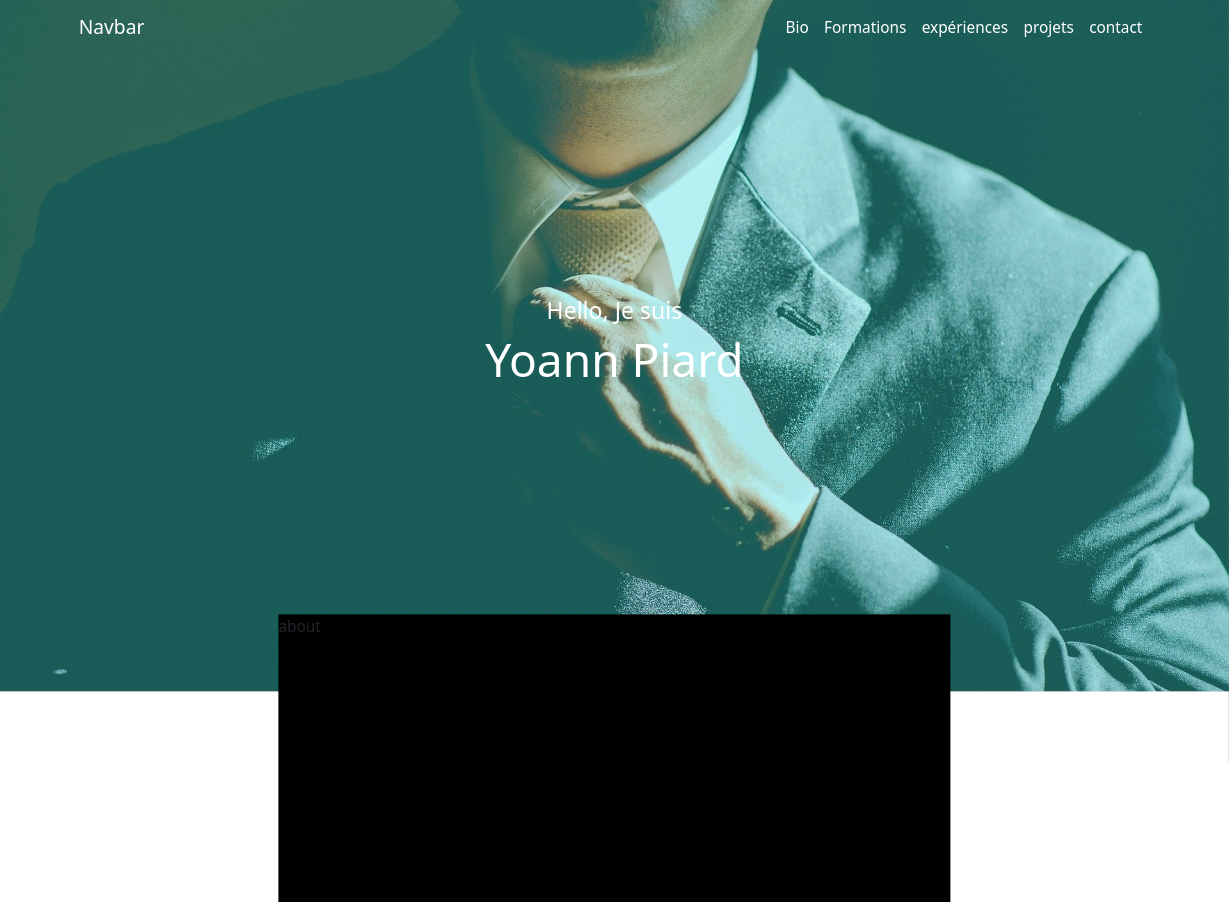
Repository: ypiard85/port-folio-bootstrap-yoann-2021
Page: index.html
An editor plug-in stored every save of this project. The page is shown before and after a run of saves, followed by the edit.
The browser window is 1280 px wide. The pictures show the whole page, at 96% of full size.

Above is the page before, as saved 2021-03-09 12:42:43.

### index.html
<!DOCTYPE html>
<html lang="en">
<head>
    <meta charset="UTF-8">
    <meta http-equiv="X-UA-Compatible" content="IE=edge">
    <meta name="viewport" content="width=device-width, initial-scale=1.0">
    <!-- CSS only -->
    <link rel="stylesheet" href="./resource/style.css">
<link href="https://cdn.jsdelivr.net/npm/bootstrap@5.0.0-beta2/dist/css/bootstrap.min.css" rel="stylesheet" integrity="sha384-BmbxuPwQa2lc/FVzBcNJ7UAyJxM6wuqIj61tLrc4wSX0szH/Ev+nYRRuWlolflfl" crossorigin="anonymous">
    <title>Document</title>
</head>
<body>

        <nav class="navbar position-fixed w-100 navbar-expand-lg navbar-light">
            <div class="container">
              <a class="navbar-brand" href="#">Navbar</a>
              <button class="navbar-toggler" type="button" data-bs-toggle="collapse" data-bs-target="#navbarNav" aria-controls="navbarNav" aria-expanded="false" aria-label="Toggle navigation">
                <span class="navbar-toggler-icon"></span>
              </button>
              <div class="collapse navbar-collapse" id="navbarNav">
                <ul class="navbar-nav">
                  <li class="nav-item">
                    <a class="nav-link active" aria-current="page" href="#bio">Bio</a>
                  </li>
                  <li class="nav-item">
                    <a class="nav-link" href="#formation">Formations</a>
                  </li>
                  <li class="nav-item">
                    <a class="nav-link" href="#experience">expériences</a>
                  </li>
                  <li class="nav-item">
                    <a class="nav-link" href="#projet">projets</a>
                  </li>
                  <li class="nav-item">
                    <a class="nav-link" href="#contact">contact</a>
                  </li>
                </ul>
              </div>
            </div>
          </nav>

          <header class="container-fluid flex-column
          d-flex align-items-center justify-content-center">
              <h4>Hello, Je suis</h4>
              <h1>Yoann Piard</h1>
          </header>

          <section class="about_me">
                about
          </section>

<!-- JavaScript Bundle with Popper -->
<script src="https://cdn.jsdelivr.net/npm/bootstrap@5.0.0-beta2/dist/js/bootstrap.bundle.min.js" integrity="sha384-b5kHyXgcpbZJO/tY9Ul7kGkf1S0CWuKcCD38l8YkeH8z8QjE0GmW1gYU5S9FOnJ0" crossorigin="anonymous"></script>
<script src="https://unpkg.com/scrollreveal"></script>
<script src="./resource/app.js"></script>
</body>
</html>

### resource/style.css
.navbar-collapse{
    flex-grow: 0!important;
}

nav a{
    color: white!important;
}

header{
    height: 100vh;
    background: gray;
    background-image: linear-gradient(90deg, rgba(0,231,249,0.2780462526807598) 100%, rgba(0,4,24,0.4405112386751575) 74%), url('./image/about-section.jpg');
    background-repeat: no-repeat;
    background-size: cover;
    background-position: top center;
    color: white;
}

header h1{
    font-weight: normal;
    font-size: 3em;
}

.about_me{
    width: 700px;
    margin: auto;
    background-color: black;
    height: 300px;
    margin-top: -80px;
}

### resource/app.js
ScrollReveal().reveal('.about_me', {
    delay: 250,
    duration: 1000,
    reset: true,
    origin: 'top',
    distance: '100%'
});

After the next 2 saves:
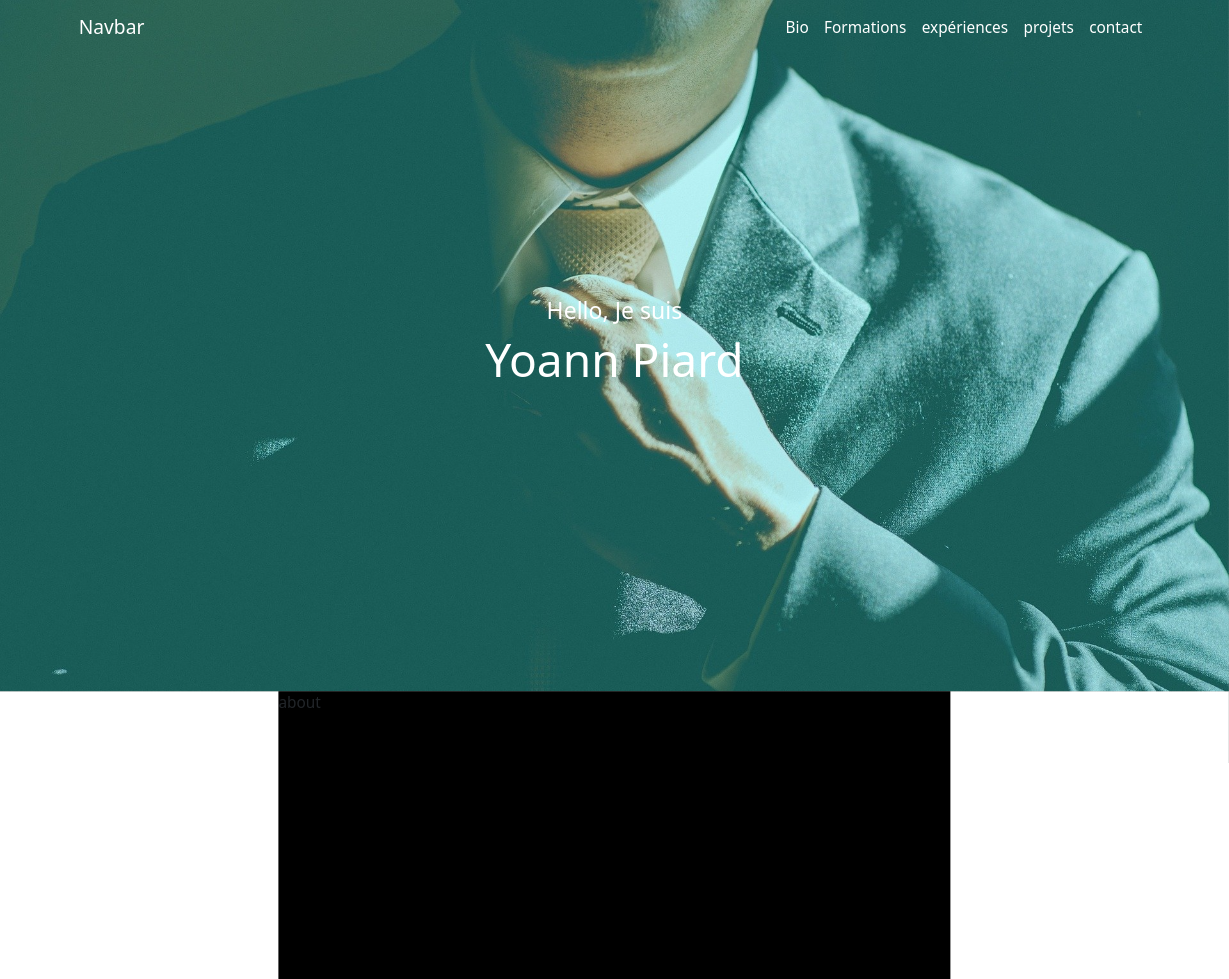
The 2 saves are shown as one change because they came seconds apart.
The last was saved 11 s later.
--- a/resource/style.css
+++ b/resource/style.css
@@ -26,5 +26,5 @@ header h1{
     margin: auto;
     background-color: black;
     height: 300px;
-    margin-top: -80px;
+    margin-top: 0px;
 }
